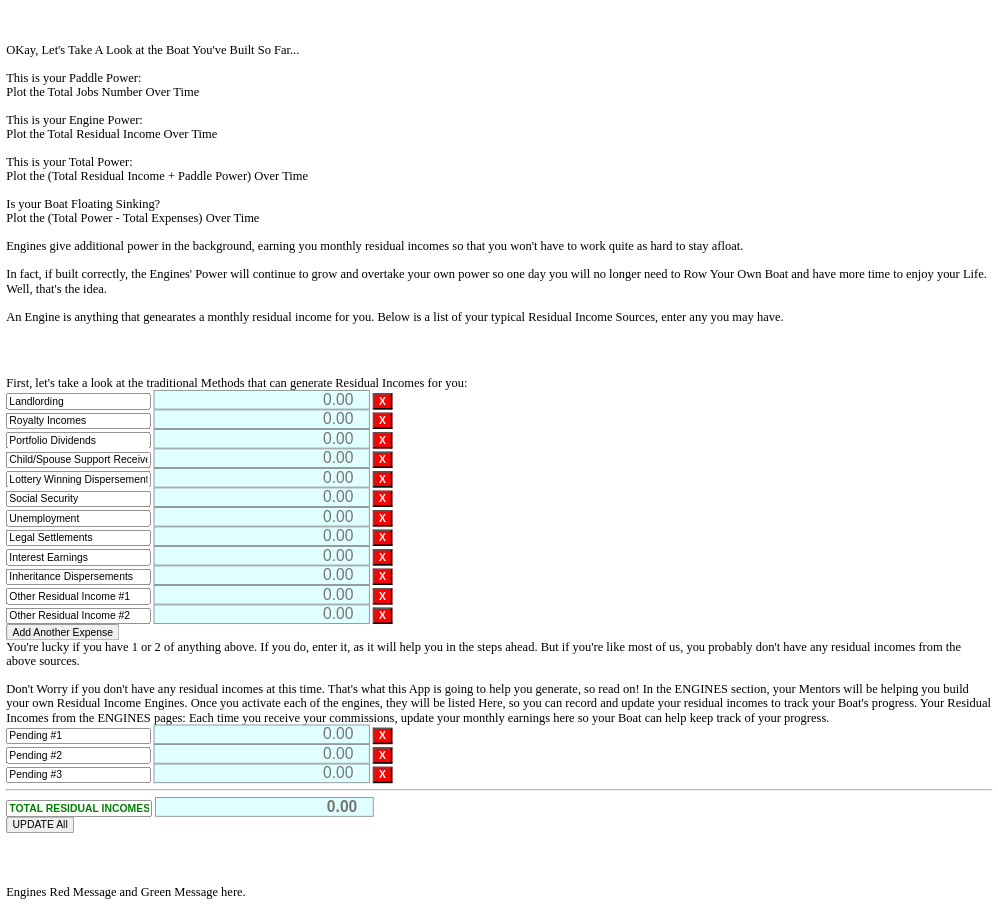
Repository: DevZubair/Danh-App
Page: www/templates/boat-charts.html
The author's editor kept a record of every edit. The page is drawn from the files as they stood at one moment, then again after the next edit.
The browser window is 1280 px wide. The pictures show the whole page, at 78% of full size.

Above is the page before.

After the next edit:
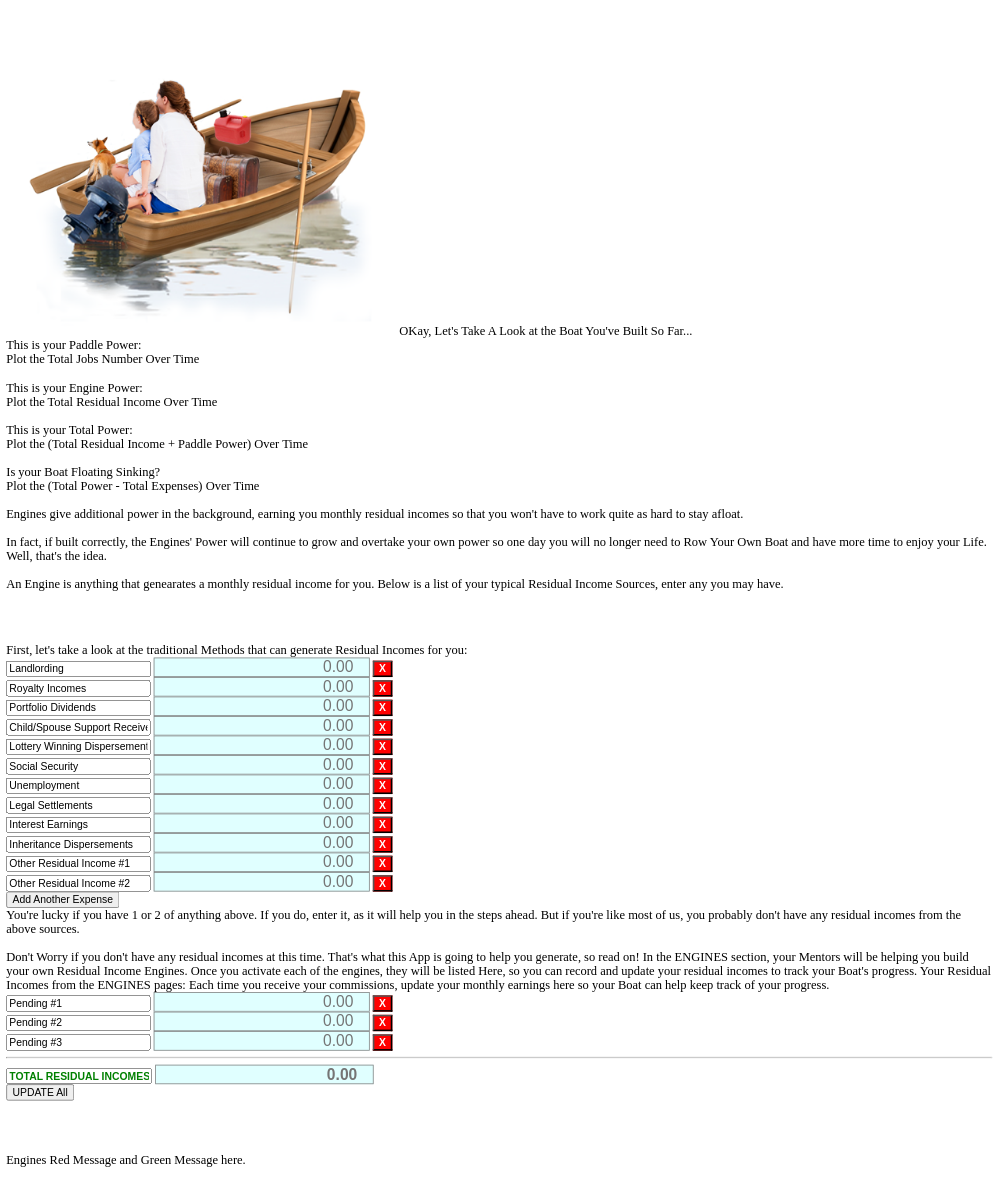
The edit:
--- a/www/templates/boat-charts.html
+++ b/www/templates/boat-charts.html
@@ -11,8 +11,13 @@
       <div class="item item-text-wrap">
        <div class="row">
         <div class="col">
+          <img src="img/BoatFinal.png" class="images-right-50"></img>
+           <span class="subtitle">OKay, Let's Take A Look at the Boat You've Built So Far...</span>
+           </div>
+           </div>
 
-           <span class="subtitle">OKay, Let's Take A Look at the Boat You've Built So Far...</span><br><br>
+      <div class="row">
+        <div class="col">
 
            <span class="subtitle">This is your Paddle Power:</span><br>Plot the Total Jobs Number Over Time<br><br>
 
